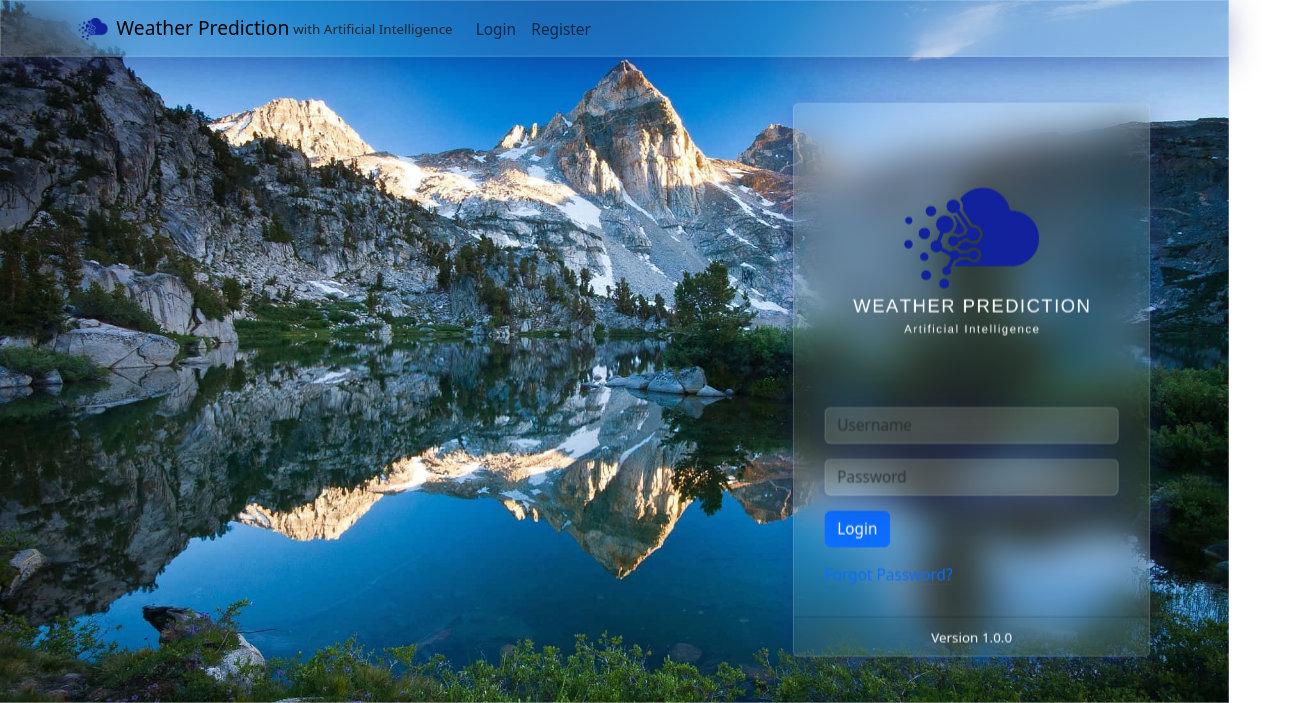
Repository: rustycoder/weather_prediction
Page: http://localhost/weather_admin/
These files come from the project's save history. The page is drawn as it stood at one moment and after the next save; the edit follows.
The browser window is 1280 px wide. The page is 1280 px wide, then 1359 px, then 1280 px, so the pictures cover 1359 px, including what lies to the right of the window. The pictures show the whole page, at 96% of full size.
Backgrounds fixed to the window are drawn as part of the page. The page is served by the project's application, run on Django 5.2 (manage.py).

Above is the page before, as saved 2025-03-03 19:49:34.

After the next save:
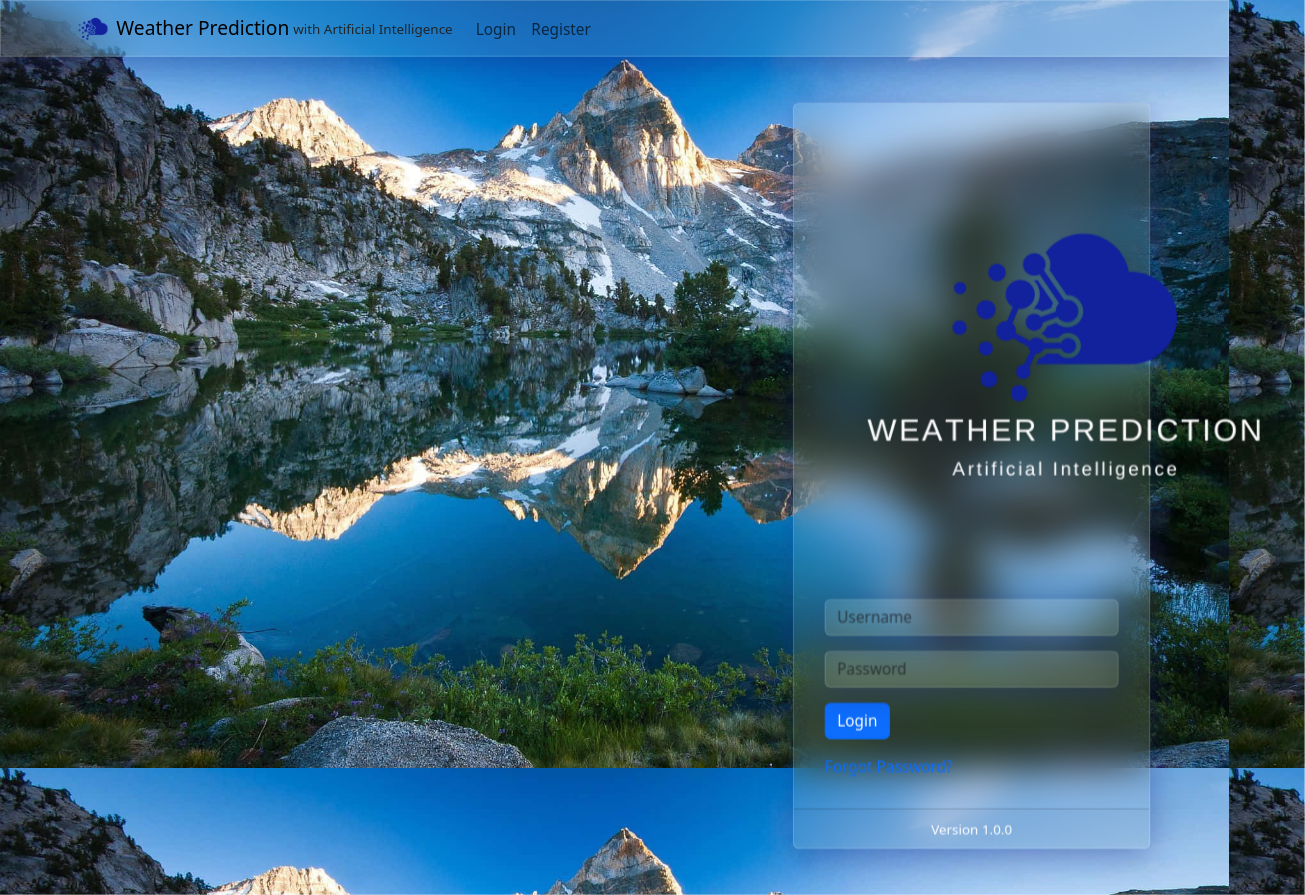
Saved 14 s later.
--- a/weather_admin/templates/login.html
+++ b/weather_admin/templates/login.html
@@ -5,7 +5,7 @@
     <div class="card my-5 glass">
         <div class="card-body">
             <div class="col-md-12 px-3">
-                <img src="{% static 'images/logo_full_white.png' %}" class="rounded mx-auto d-block" width="300"
+                <img src="{% static 'images/logo_full_white.png' %}" class="rounded mx-auto d-block" width="500"
                     alt="Weather Prediction Logo">
                 <form method="POST" action="{% url 'weather_admin_login' %}">
                     {% csrf_token %}

After the save that followed:
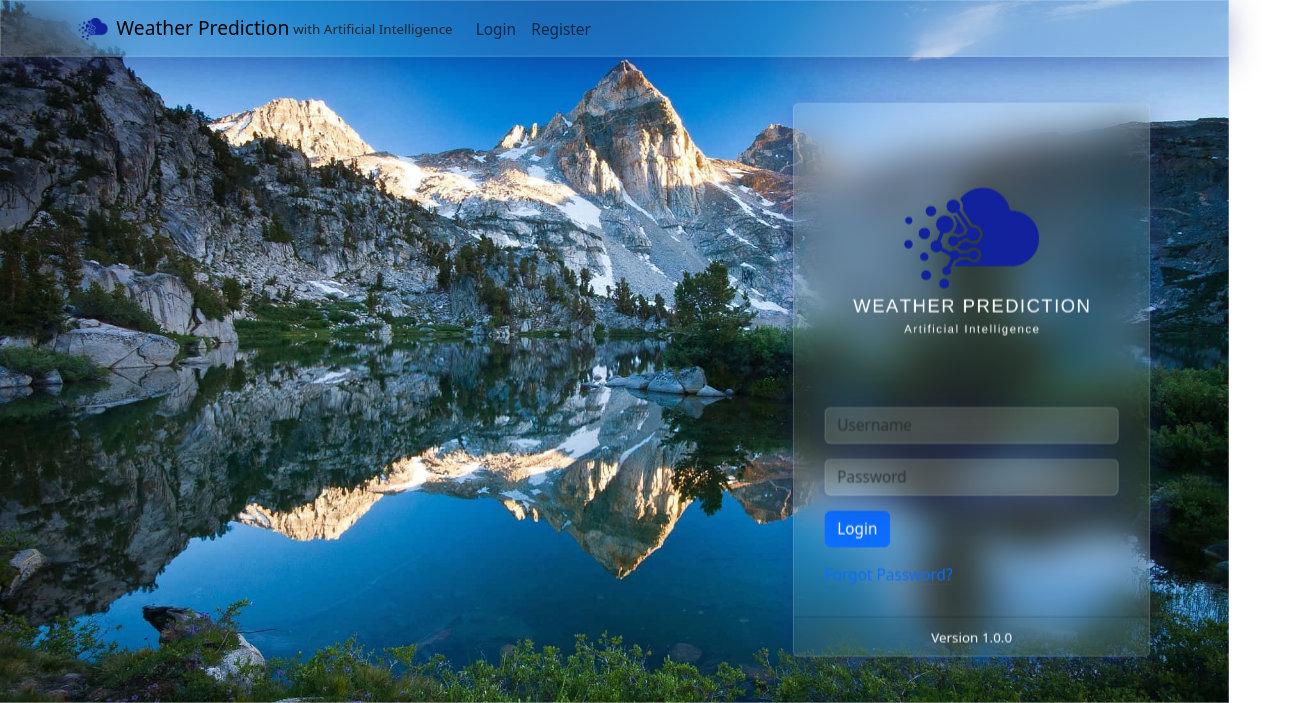
Saved 6 s later.
--- a/weather_admin/templates/login.html
+++ b/weather_admin/templates/login.html
@@ -5,7 +5,7 @@
     <div class="card my-5 glass">
         <div class="card-body">
             <div class="col-md-12 px-3">
-                <img src="{% static 'images/logo_full_white.png' %}" class="rounded mx-auto d-block" width="500"
+                <img src="{% static 'images/logo_full_white.png' %}" class="rounded mx-auto d-block" width="300"
                     alt="Weather Prediction Logo">
                 <form method="POST" action="{% url 'weather_admin_login' %}">
                     {% csrf_token %}
